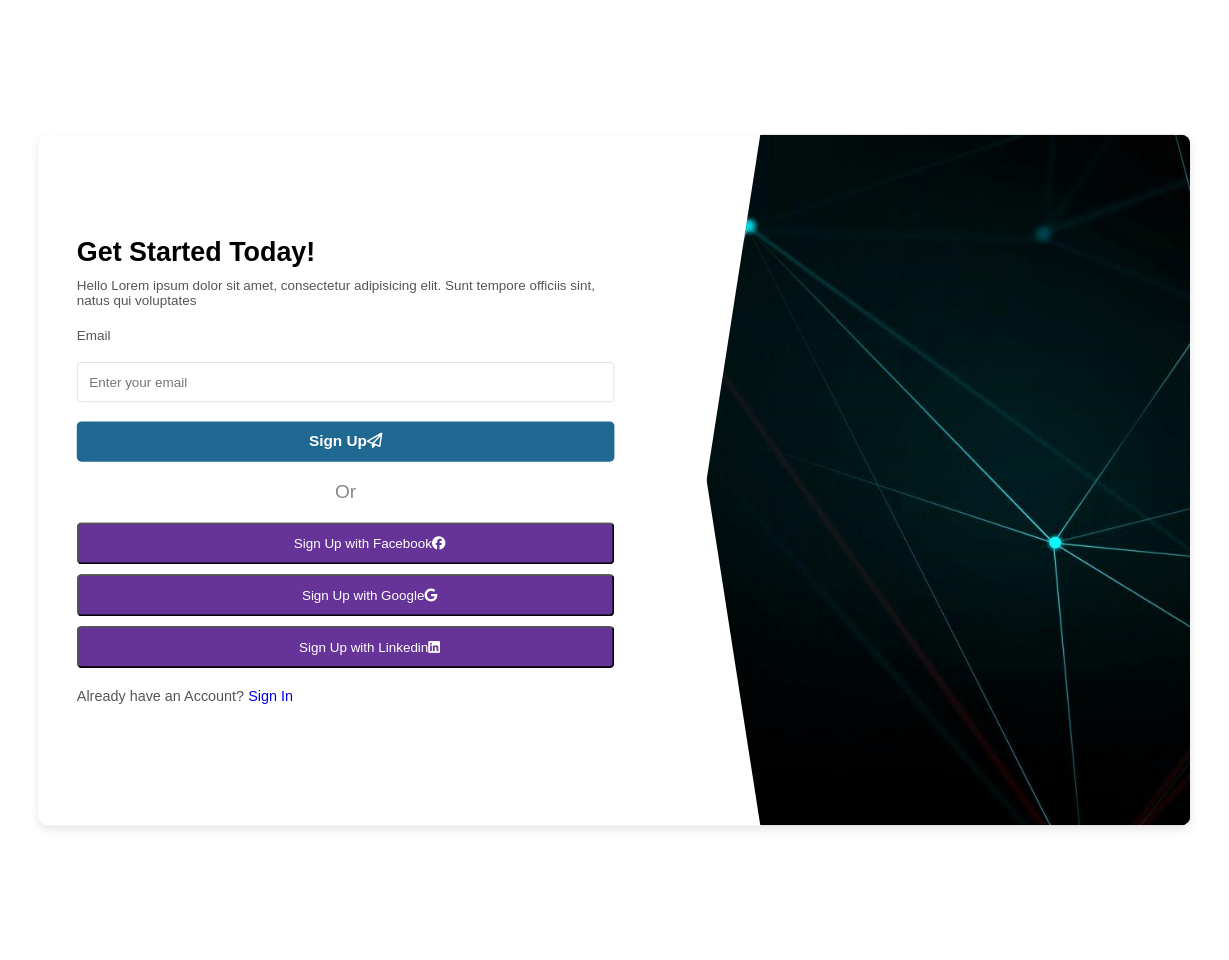
Repository: Femi007-gh/Login-V2
Page: index.html
The author's editor kept a copy of each file at every save. The page is drawn from the files as they stood at one save, then again after the next save.
The browser window is 1280 px wide. The pictures show the whole page, at 96% of full size.

Above is the page before, as saved 2025-01-27 10:38:45.

### index.html
<html>
    <head>
        <title>Login-interface</title>
  <link rel="stylesheet" href="style.css">
  <link rel="stylesheet" href="https://cdnjs.cloudflare.com/ajax/libs/font-awesome/6.5.0/css/all.min.css">
    </head>
    <body>
        <div class="container">
            <div class="left-session">
                <div class="form-container">
                    <h1>Get Started Today!</h1>
                    <p> Hello Lorem ipsum dolor sit amet, consectetur adipisicing elit. Sunt tempore officiis sint, natus qui voluptates </p>
                    <form>
                        <div class="input-group">
                            <p>Email</p>
                            <input type="email" id="email" placeholder="Enter your email" required>
                        </div>
                        <button class="primary-btn" type="submit">Sign Up<i class="fa-regular fa-paper-plane"></i></button>
                    </form>
                    <p class="divider">Or</p>
                    <div class="social-buttons">
                        <button class="social-btn facebook-btn">
                            Sign Up with Facebook<i class="fa-brands fa-facebook"></i>
                        </button>
                        <button class="social-btn google-btn">
                            Sign Up with Google<i class="fa-brands fa-google"></i>
                        </button>
                        <button class="social-btn Linkedin-btn">
                            Sign Up with Linkedin<i class="fa-brands fa-linkedin"></i>
                        </button>
                    </div>
                    <p class="signin-text">Already have an Account? <a href="#">Sign In</a></p>
                </div>
            </div>
            <div class="right-section"></div>
        </div>
    </body>
</html>

### style.css
* {
   padding: 0;
   margin: 0;
   box-sizing: border-box;
}

body {
    font-family: sans-serif;
    background-color: #fff;
    display: flex;
    justify-content: center;
    align-items: center;
    height: 1000px;
}

.container {
  display: flex;
  max-width: 1200px;
  width: 100%;
  background-color: #fff;
  border-radius: 10px;
  overflow: hidden;
  box-shadow: 0 4px 10px rgba(0, 0, 0, 0.1);
}

.left-session {
  flex: 1;
  padding: 40px;
  display: flex;
  justify-content: center;
  align-items: center;
}

h1 {
  font-size: 28px;
  font-weight: bold;
  margin-bottom: 10px;
}

p {
  font-size: 14px;
  color: #555;
  margin-bottom: 20px;
}

.input-group {
  margin-bottom: 20px;
}

.input-group input {
  width: 100%;
  padding: 12px;
  font-size: 14px;
  border: 1px solid #dddd;
  border-radius: 5px;
}

.primary-btn {
  width: 100%;
  padding: 12px;
  background-color: #1F6891;
  color: white;
  border: none;
  border-radius: 5px;
  font-size: 16px;
  font-weight: bold;
  cursor: pointer;
}

.primary-btn:hover {
  background-color: #005a8c;
}

.divider {
  font-size: 20px;
  color: #888;
  margin: 20px 0;
  text-align: center;
}

.social-buttons {
  display: flex;
  flex-direction: column;
  gap: 10px;
}

.social-btn {
  width: 100%;
  padding: 12px;
  font-size: 14px;
  border-radius: 5px;
  color: white;
  display: flex;
  align-items: center;
  justify-content: center;
  background-color: rebeccapurple;
}

.signin-text {
  font-size: 15px;
  margin-top: 20px;
}

.signin-text a {
  text-decoration: none;
}

.right-section {
  flex: 1;
  background: url(ART.jpg) no-repeat center center/cover;
  clip-path: polygon(20% 0%, 100% 0%, 100% 100%, 20% 100%, 10% 50%);
  height: 100vh; /* Adjust height as needed */
}
.fa-brands {
  margin-right: -50px;
}

After the next save:
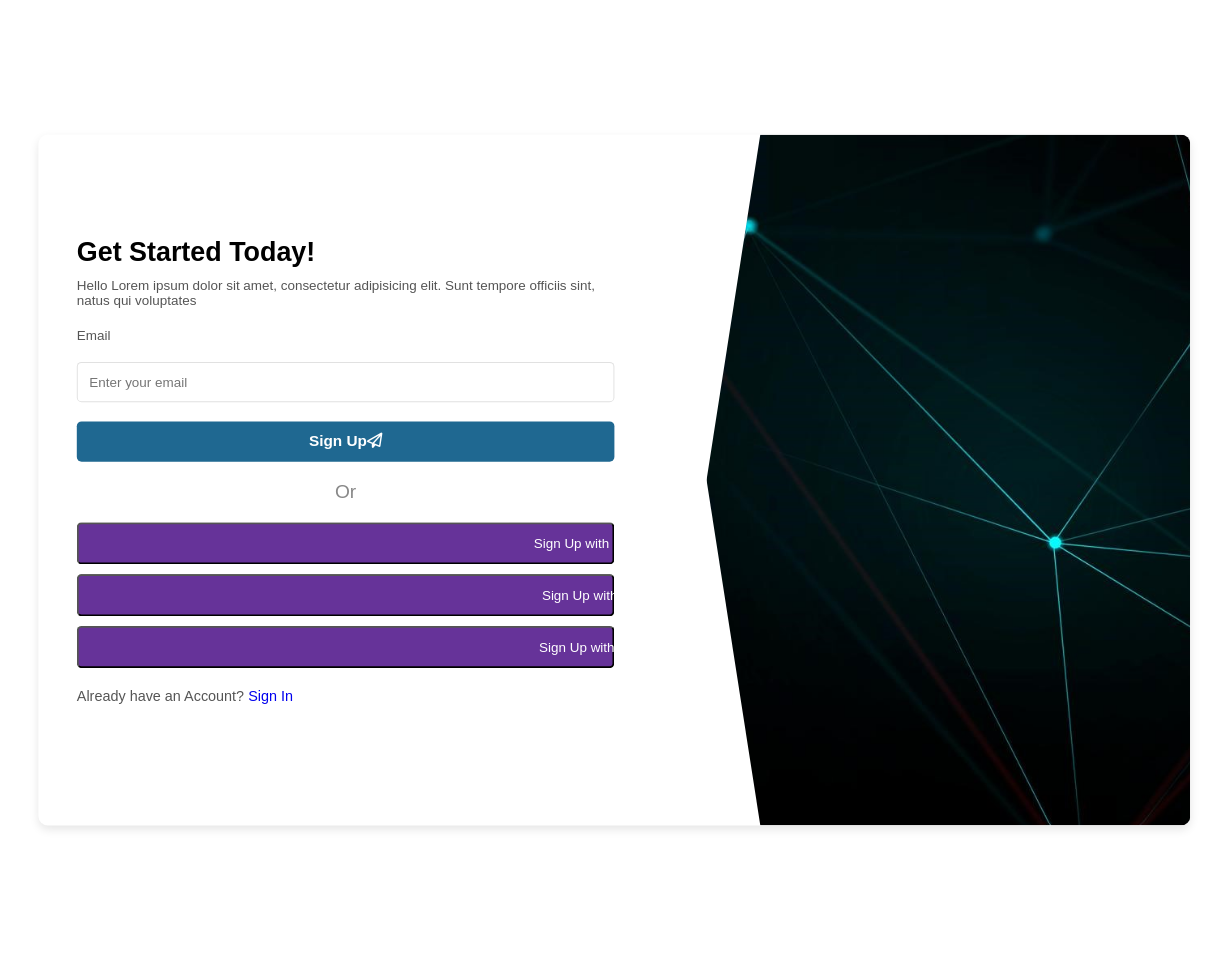
Saved 6 s later.
--- a/style.css
+++ b/style.css
@@ -112,5 +112,5 @@ p {
   height: 100vh; /* Adjust height as needed */
 }
 .fa-brands {
-  margin-right: -50px;
+  margin-right: -550px;
 }
